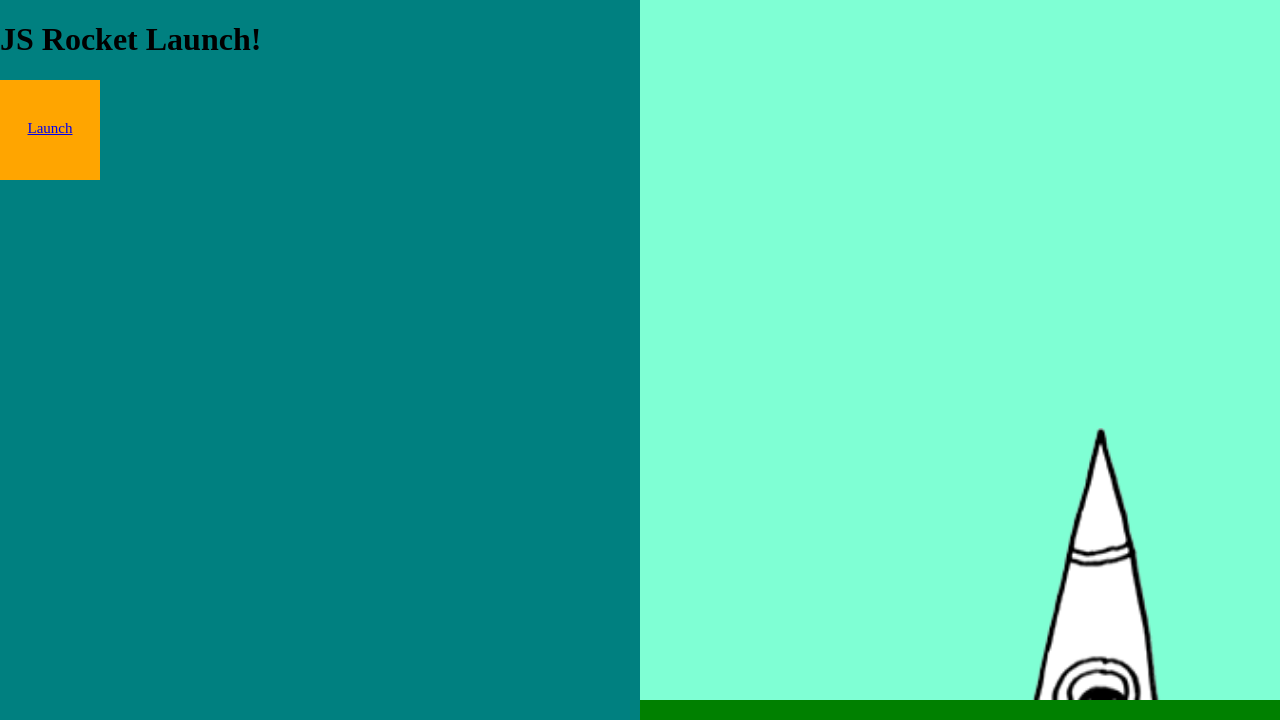
Repository: alcarrizo/Rocket-launch
Page: index.html
These files come from the project's save history. The page is drawn as it stood at one moment and after the next save; the edit follows.
The browser window is 1280 px wide. The pictures show the whole page.

Above is the page before, as saved 2022-10-20 16:00:29.

After the next save:
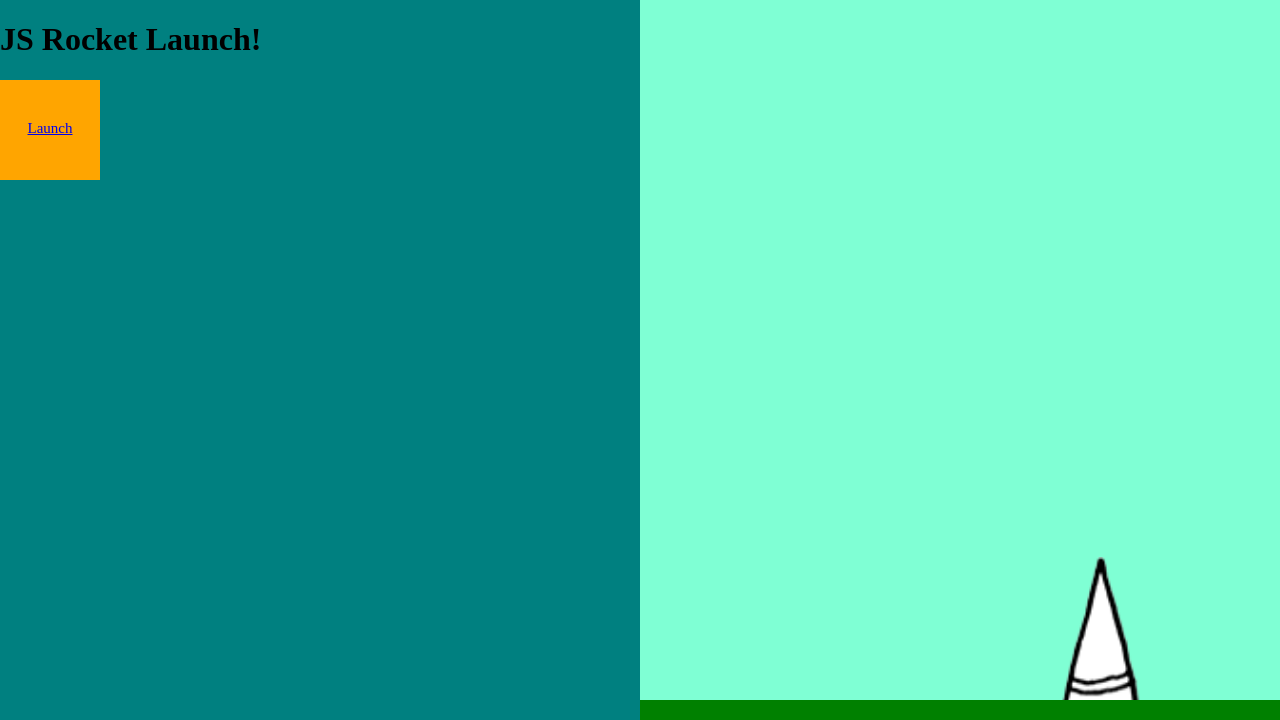
Saved 8 s later.
--- a/css/style.css
+++ b/css/style.css
@@ -36,7 +36,7 @@ body {
 .body-state1 .rocket {
     transition: none;
     width: 272px;
-    height: 272px;
+    height: 143px;
     background: url("../img/rocket-state1.png") no-repeat 0 0;
     background-size: 100%;
 
